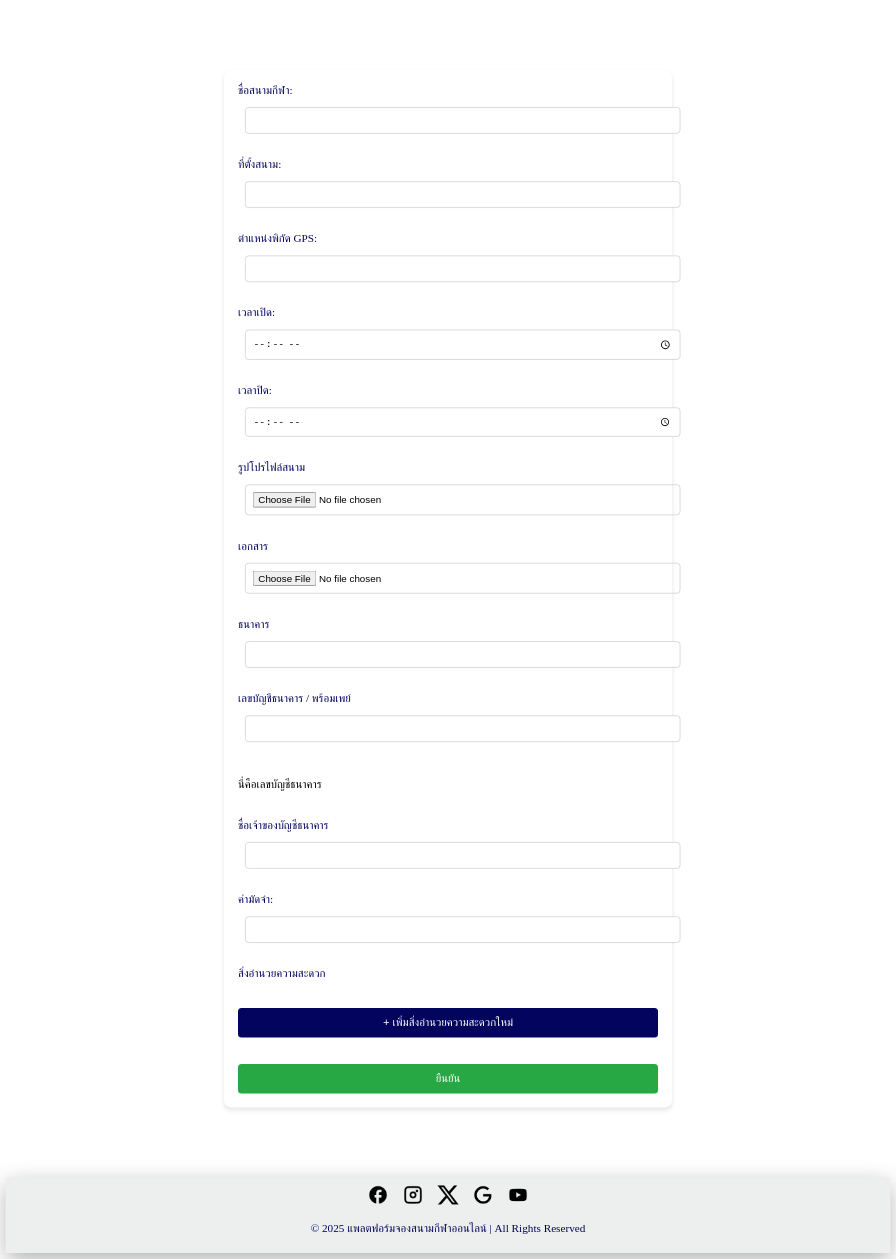
Repository: narawit101/project2
Page: /register-field (app in frontend/)
These files come from the project's save history. The page is drawn as it stood at one moment and after a run of saves; the edit follows.
The browser window is 1280 px wide. The pictures show the whole page, at 70% of full size.
The page's requests for data from a server got no answer. The project was rebuilt for these pictures with package versions that can differ from the ones it lists, and the page was loaded fresh each time. The framework's server and built-in components were replaced by stand-ins that run in the browser. No one was signed in, and anything a server would have sent is missing. Also part of the build but not shown: frontend/next.config.js, frontend/next.config.mjs, frontend/src/app/globals.css.

Above is the page before, as saved 2025-03-19 10:56:22.

### frontend/src/app/layout.jsx
import { Kanit } from "next/font/google";
import "./globals.css";
import  Footer from "./components/Footer"

const kanitFont = Kanit({
  variable: "--font-kanit",
  subsets: ["latin", "thai"],
  weight: ["300", "400", "600"],
});

export const metadata = {
  title: "แพลตฟอร์มจองสนามกีฬาออนไลน์",
  description: "Generated by create next app",
  icons: {
    icon:"./favicon.ico"
  }
};

export default function RootLayout({ children }) {
  return (
    <html lang="en">
      <body className={`${kanitFont.variable} antialiased`}>{children}
      <Footer></Footer>
      </body>

    </html>
  );
}

### frontend/src/app/(shared)/register-field/page.jsx
import React from "react";
import RegisterFieldForm from "@/app/components/RegisterFieldForm";

export default function RegisterFieldPage() {
  return (
    <>
    <RegisterFieldForm></RegisterFieldForm>

    </>
  );
}

### frontend/src/app/components/Footer.jsx
import React from "react";
import "../css/footer.css";

export default function Footer() {
  return (
    <div>
      <footer className="footer">
        <div className="social-icons">
          <a href="#">
            <img src="img/fblogo.png" alt="Facebook" />
          </a>
          <a href="#">
            <img src="img/iglogo.png" alt="Instagram" />
          </a>
          <a href="#">
            <img src="img/xlogo.png" alt="Twitter" />
          </a>
          <a href="#">
            <img src="img/gglogo.png" alt="Google" />
          </a>
          <a href="#">
            <img src="img/ytlogo.png" alt="YouTube" />
          </a>
        </div>

        <p className="copyright">
          &copy; 2025 แพลตฟอร์มจองสนามกีฬาออนไลน์ | All Rights Reserved
        </p>
      </footer>
    </div>
  );
}

### frontend/src/app/components/RegisterFieldForm.jsx
"use client";
import React, { useState, useEffect } from "react";
import "../css/registerFieldForm.css";

export default function RegisterFieldForm() {
  const API_URL = process.env.NEXT_PUBLIC_API_URL;

  const [sports, setSports] = useState([]);
  const [facilities, setFacilities] = useState([]);
  const [selectedFacilities, setSelectedFacilities] = useState({});
  const [subFields, setSubFields] = useState([]);
  const [addOns, setAddons] = useState([]);
  const [newFacility, setNewFacility] = useState("");
  const [showNewFacilityInput, setShowNewFacilityInput] = useState(false);

  const [fieldData, setFieldData] = useState({
    field_name: "",
    address: "",
    gps_location: "",
    documents: null,
    open_hours: "",
    close_hours: "",
    img_field: null,
    preview_img: null,
    number_bank: "",
    account_holder: "",
    price_deposit: "",
    name_bank: "",
    selectedSport: "",
  });

  //  โหลดประเภทกีฬา
  useEffect(() => {
    fetch(`${API_URL}/sports_types`)
      .then((res) => res.json())
      .then((data) => setSports(data))
      .catch((error) => console.error("Error fetching sports:", error));
  }, []);

  //  โหลดสิ่งอำนวยความสะดวก
  useEffect(() => {
    fetch(`${API_URL}/facilities`)
      .then((res) => res.json())
      .then((data) => setFacilities(data))
      .catch((error) => console.error("Error fetching facilities:", error));
  }, []);

  //  อัปเดตค่าช่องกรอกข้อมูลสนาม
  const handleFieldChange = (e) => {
    setFieldData({ ...fieldData, [e.target.name]: e.target.value });
  };

  //  ฟังก์ชันเลือก Checkbox สิ่งอำนวยความสะดวก
  const handleFacilityChange = (facId) => {
    setSelectedFacilities((prev) => {
      const updatedFacilities = { ...prev };
      if (updatedFacilities[facId] !== undefined) {
        delete updatedFacilities[facId];
      } else {
        updatedFacilities[facId] = "";
      }
      return updatedFacilities;
    });
  };

  //  ฟังก์ชันอัปเดตราคาสิ่งอำนวยความสะดวก
  const handleFacilityPriceChange = (facId, price) => {
    setSelectedFacilities((prev) => ({
      ...prev,
      [facId]: price,
    }));
  };

  //  ฟังก์ชันเพิ่มสิ่งอำนวยความสะดวกใหม่
  const addNewFacility = async () => {
    if (!newFacility.trim()) return;

    const res = await fetch(`${API_URL}/facilities/add`, {
      method: "POST",
      headers: { "Content-Type": "application/json" },
      body: JSON.stringify({ fac_name: newFacility }),
    });

    const data = await res.json();
    if (data.error) {
      console.error("Error:", data.error);
      return;
    }

    setFacilities([...facilities, data]);
    setNewFacility("");
    setShowNewFacilityInput(false);
  };

  //  เพิ่มสนามย่อย (มี addOns ในตัวเอง)
  const addSubField = () => {
    //  ดึง user_id จาก localStorage
    const storedUser = localStorage.getItem("user");
    const userData = storedUser ? JSON.parse(storedUser) : null;
    const userId = userData ? userData.user_id : null; // ดึง user_id

    setSubFields([
      ...subFields,
      { name: "", price: "", sport_id: "", user_id: userId, addOns: [] },
    ]);
  };

  //  ลบสนามย่อย (รวมถึง Add-ons ที่อยู่ภายใน)
  const removeSubField = (index) => {
    setSubFields(subFields.filter((_, i) => i !== index));
  };

  //  อัปเดตข้อมูลสนามย่อย
  const updateSubField = (index, key, value) => {
    const updatedSubFields = [...subFields];
    updatedSubFields[index][key] = value;
    setSubFields(updatedSubFields);
  };

  const addAddOn = (subIndex) => {
    const updatedSubFields = [...subFields];
    updatedSubFields[subIndex].addOns.push({ content: "", price: "" });
    setSubFields(updatedSubFields);
  };

  //  อัปเดตค่า Add-on
  const updateAddOn = (subIndex, addOnIndex, key, value) => {
    const updatedSubFields = [...subFields];
    updatedSubFields[subIndex].addOns[addOnIndex][key] = value;
    setSubFields(updatedSubFields);
  };

  // ลบ Add-on
  const removeAddOn = (subIndex, addOnIndex) => {
    const updatedSubFields = [...subFields];
    updatedSubFields[subIndex].addOns.splice(addOnIndex, 1);
    setSubFields(updatedSubFields);
  };

  // ฟังก์ชันจัดการอัปโหลดรูป และแสดงตัวอย่าง
  const handleimgChange = (e) => {
    const file = e.target.files[0]; // ดึงไฟล์รูปจาก input
    if (file) {
      setFieldData({
        ...fieldData,
        img_field: file,
        imgPreview: URL.createObjectURL(file), // สร้าง URL เพื่อแสดงรูป
      });
    }
  };

  const handleSubmit = async (e) => {
    e.preventDefault();

    const storedUser = localStorage.getItem("user");
    if (!storedUser) {
      alert(" กรุณาเข้าสู่ระบบก่อน!");
      return;
    }

    const userData = JSON.parse(storedUser);
    const userId = userData.user_id; //  ดึง user_id ตอน Submit

    const formData = new FormData();
    formData.append("documents", fieldData.documents);
    formData.append("img_field", fieldData.img_field); //  เพิ่มการส่งรูปภาพ
    formData.append(
      "data",
      JSON.stringify({
        user_id: userId,
        field_name: fieldData.field_name,
        address: fieldData.address,
        gps_location: fieldData.gps_location,
        open_hours: fieldData.open_hours,
        close_hours: fieldData.close_hours,
        number_bank: fieldData.number_bank,
        account_holder: fieldData.account_holder,
        price_deposit: fieldData.price_deposit,
        name_bank: fieldData.name_bank,
        status: fieldData.status || "รอตรวจสอบ", //  เพิ่มค่า Status
        selectedFacilities,
        subFields: subFields,
      })
    );

    try {
      const res = await fetch("http://localhost:5000/field/register", {
        method: "POST",
        body: formData,
      });

      const data = await res.json();
      if (data.error) {
        console.error(" Error:", data.error);
        alert("เกิดข้อผิดพลาด: " + data.error);
        return;
      }

      alert("ลงทะเบียนสนามเรียบร้อย!");
    } catch (error) {
      console.error(" Fetch Error:", error);
      alert("เกิดข้อผิดพลาดในการส่งข้อมูล");
    }
  };

  return (
    <div className="contianer">
      <form onSubmit={handleSubmit} encType="multipart/form-data">
        <div className="input-group">
          {" "}
          <label>ชื่อสนามกีฬา:</label>
          <input
            type="text"
            name="field_name"
            value={fieldData.field_name}
            onChange={handleFieldChange}
          />
        </div>
        <div className="input-group">
          <label>ที่ตั้งสนาม:</label>
          <input
            type="text"
            name="address"
            value={fieldData.address}
            onChange={handleFieldChange}
          />
        </div>
        <div className="input-group">
          <label>ตำแหน่งพิกัด GPS:</label>
          <input
            type="text"
            name="gps_location"
            value={fieldData.gps_location}
            onChange={handleFieldChange}
          />
        </div>
        <div className="input-group">
          <label>เวลาเปิด:</label>
          <input
            type="time"
            name="open_hours"
            value={fieldData.open_hours}
            onChange={handleFieldChange}
          />
        </div>
        <div className="input-group">
          <label>เวลาปิด:</label>
          <input
            type="time"
            name="close_hours"
            value={fieldData.close_hours}
            onChange={handleFieldChange}
          />
        </div>
        <div className="input-group">
          <label htmlFor="img_field">รูปโปรไฟล์สนาม</label>

          <input type="file" onChange={handleimgChange} accept="image/*" />
        </div>
        <div className="input-group">
          <label htmlFor="documents">เอกสาร</label>
          <input
            type="file"
            onChange={(e) =>
              setFieldData({ ...fieldData, documents: e.target.files[0] })
            }
          />
        </div>
        {/* ✅ แสดงรูปตัวอย่างถ้ามีการอัปโหลด */}
        {fieldData.imgPreview && (
          <div>
            <p>ตัวอย่างรูป:</p>
            <img
              src={fieldData.imgPreview}
              alt="Preview"
              style={{ width: "200px", height: "auto", marginTop: "10px" }}
            />
          </div>
        )}
        <div className="input-group">
          <label htmlFor="bank">ธนาคาร</label>
          <input
            type="text"
            name="name_bank"
            value={fieldData.name_bank}
            onChange={handleFieldChange}
          />
        </div>
        <div className="input-group">
          <label htmlFor="bank">เลขบัญชีธนาคาร / พร้อมเพย์</label>
          <input
            type="number"
            name="number_bank"
            value={fieldData.number_bank}
            onChange={(e) => {
              const value = e.target.value;

              // ✅ อนุญาตเฉพาะตัวเลข
              if (/^\d*$/.test(value)) {
                setFieldData({ ...fieldData, number_bank: value });
              }
            }}
            onBlur={() => {
              const isPromptPay = fieldData.name_bank === "พร้อมเพย์";
              const length = fieldData.number_bank.length;

              // ✅ ตรวจสอบความถูกต้องของเลขที่กรอก
              if (
                (!isPromptPay && length !== 12) || // ✅ ถ้าเป็นบัญชีธนาคารต้อง 13 หลัก
                (isPromptPay && length !== 10 && length !== 13) // ✅ ถ้าเป็นพร้อมเพย์ต้อง 10 หรือ 13 หลัก
              ) {
                alert("เลขที่กรอกไม่ถูกต้อง กรุณากรอกให้ตรงกับเงื่อนไข");
                setFieldData({ ...fieldData, number_bank: "" }); // ❌ เคลียร์ค่า
              }
            }}
            maxLength={13} // ✅ จำกัดสูงสุดที่ 13 หลัก
          />
        </div>
        <div className="input-group">
          <p>
            {" "}
            {fieldData.name_bank === "พร้อมเพย์"
              ? "นี่คือหมายเลขพร้อมเพย์"
              : "นี่คือเลขบัญชีธนาคาร"}
          </p>
        </div>
        <div className="input-group">
          <label htmlFor="bank">ชื่อเจ้าของบัญชีธนาคาร</label>
          <input
            type="text"
            name="account_holder"
            value={fieldData.account_holder}
            onChange={handleFieldChange}
          />
        </div>
        <div className="input-group">
          <label>ค่ามัดจำ:</label>
          <input
            type="number"
            name="price_deposit"
            value={fieldData.price_deposit}
            onChange={handleFieldChange}
          />
        </div>

        <div className="input-group">
          <label>สิ่งอำนวยความสะดวก</label>
        </div>
        {facilities.map((fac) => (
          <div key={fac.fac_id} className="facility-item">
            {/* Checkbox เลือกสิ่งอำนวยความสะดวก */}
            <div className="input-group-checkbox">
              <input
                type="checkbox"
                checked={selectedFacilities[fac.fac_id] !== undefined}
                onChange={() => handleFacilityChange(fac.fac_id)}
              />
              <label>{fac.fac_name}</label>
            </div>

            {/* ป้อนราคาเมื่อเลือกสิ่งอำนวยความสะดวก */}
            {selectedFacilities[fac.fac_id] !== undefined && (
              <div className="input-group-checkbox">
                <input
                  type="number"
                  placeholder="กำหนดราคา"
                  value={selectedFacilities[fac.fac_id]}
                  onChange={(e) =>
                    handleFacilityPriceChange(fac.fac_id, e.target.value)
                  }
                />
              </div>
            )}
          </div>
        ))}
        {!showNewFacilityInput ? (
          <button
            className="addfac"
            type="button"
            onClick={() => setShowNewFacilityInput(true)}
          >
            + เพิ่มสิ่งอำนวยความสะดวกใหม่
          </button>
        ) : (
          <div>
            <input
              type="text"
              placeholder="ชื่อสิ่งอำนวยความสะดวก"
              value={newFacility}
              onChange={(e) => setNewFacility(e.target.value)}
            />
            <button className="savebtn" type="button" onClick={addNewFacility}>
              บันทึก
            </button>
            <button
              className="canbtn"
              type="button"
              onClick={() => setShowNewFacilityInput(false)}
            >
              ยกเลิก
            </button>
          </div>
        )}

        <br />
        <button className="submitbtn" type="submit">
          ยืนยัน
        </button>
      </form>
    </div>
  );
}

### frontend/src/app/css/footer.css
:root {
  --text-color: #03045e;
}
.footer {
  background: #edefef;
  padding: 10px 0;
  text-align: center;
  color: var(--text-color);
  position: relative;
  box-shadow: 0px 10px 30px rgba(0, 0, 0, 0.3);
}

.social-icons {
  display: flex;
  justify-content: center;
  gap: 20px;
  margin-bottom: 20px;
}

.social-icons a img {
  width: 30px;
  height: 30px;
  transition: transform 0.3s ease-in-out;
}

.social-icons a:hover img {
  transform: scale(1.1);
  filter: brightness(1.2);
}

.copyright {
  font-size: 16px;
}

### frontend/src/app/css/registerFieldForm.css
:root {
  --text-color: #03045e;
}

.contianer {
  width: 100%;
  max-width: 600px;
  margin: 100px auto;
  padding: 20px;
  background: #ffffff;
  box-shadow: 0 4px 8px rgba(0, 0, 0, 0.1);
  border-radius: 10px;
  text-align: left;
}
form {
  display: flex;
  flex-direction: column;
}

.input-group {
  margin-bottom: 25px;
  text-align: left;
}

.facility-item {
  display: flex;
  flex-direction: column;
  margin-bottom: 15px;
}

.input-group-checkbox {
    display: flex;
    align-items: center;
    margin-bottom: 10px;
  }

.input-group-checkbox input[type="checkbox"] {
  margin-right: 10px;
  width: 20px;
  height: 20px;
  accent-color: #2980b9;
  cursor: pointer;
}

.input-group-checkbox input[type="checkbox"]:checked + label {
  color: #2980b9; /* เปลี่ยนสีข้อความเมื่อเลือก checkbox */
}

.input-group-checkbox label:hover {
  color: #3498db;
}

label {
  font-size: 16px;
  font-weight: 500;
  color: var(--text-color);
  display: block;
  margin-bottom: 5px;
}

input {
  margin: 10px;
  width: 100%;
  padding: 10px;
  border: 1px solid #ccc;
  border-radius: 5px;
  font-size: 14px;
  transition: 0.3s;
}

input:focus {
  border-color: var(--text-color);
  box-shadow: 0 0 5px rgba(3, 4, 94, 0.5);
  outline: none;
}
.addbtn {
  margin: 0px 0px 10px 0px;
}
.delbtn {
  margin: 0px 0px 10px 10px;
}
.delevn {
  margin: 0px 0px 10px 0px;
}
.addsubfield {
  margin: 10px 0px 20px 0px;
}
.addfac {
  margin: 10px 0px 20px 0px;
}
.savebtn {
  margin: 10px 0px 20px 0px;
}
.canbtn {
  margin: 10px 0px 20px 10px;
}
.submitbtn{
    background-color: #28a745;
}
.submitbtn:hover {
    background: #21cd49;
  }

button {
  background: var(--text-color);
  color: white;
  border: none;
  padding: 12px;
  font-size: 16px;
  cursor: pointer;
  border-radius: 5px;
  transition: 0.3s;
}

button:hover {
  background: #02226c;
}

### frontend/tailwind.config.mjs
/** @type {import('tailwindcss').Config} */
export default {
  content: [
    "./src/pages/**/*.{js,ts,jsx,tsx,mdx}",
    "./src/components/**/*.{js,ts,jsx,tsx,mdx}",
    "./src/app/**/*.{js,ts,jsx,tsx,mdx}",
  ],
  theme: {
    extend: {
      colors: {
        background: "var(--background)",
        foreground: "var(--foreground)",
      },
    },
  },
  plugins: [],
};

After the next 2 saves:
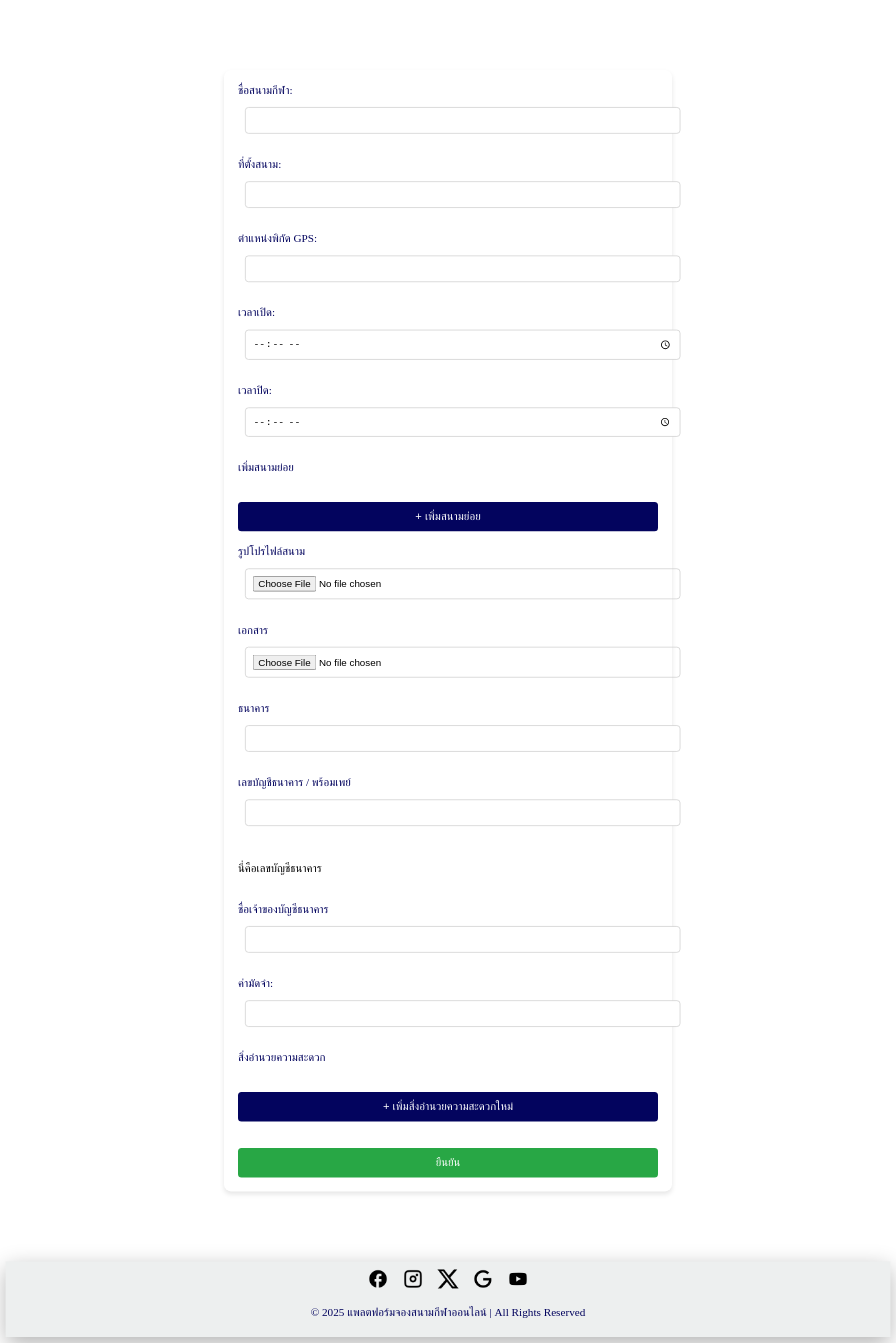
The 2 saves are shown as one change because they came seconds apart.
The last was saved 18 s later.
--- a/frontend/src/app/components/RegisterFieldForm.jsx
+++ b/frontend/src/app/components/RegisterFieldForm.jsx
@@ -252,6 +252,121 @@ export default function RegisterFieldForm() {
             onChange={handleFieldChange}
           />
         </div>
+        <div className="input-group">
+          <label>เพิ่มสนามย่อย</label>
+        </div>
+        {subFields.map((sub, subIndex) => (
+          <div key={subIndex}>
+            {/* ✅ Input กรอกชื่อสนามย่อย */}
+            <div className="input-group">
+              <input
+                type="text"
+                placeholder="ชื่อสนามย่อย"
+                value={sub.name}
+                onChange={(e) =>
+                  updateSubField(subIndex, "name", e.target.value)
+                }
+              />
+            </div>
+            {/* ✅ Input กรอกราคา */}
+            <div className="input-group">
+              <input
+                type="number"
+                placeholder="ราคา"
+                value={sub.price}
+                onChange={(e) =>
+                  updateSubField(subIndex, "price", e.target.value)
+                }
+              />
+            </div>
+
+            {/* ✅ Dropdown เลือกประเภทกีฬา */}
+            <div className="input-group">
+              <select
+                value={sub.sport_id}
+                onChange={(e) =>
+                  updateSubField(subIndex, "sport_id", e.target.value)
+                }
+              >
+                <option value="">เลือกประเภทกีฬา</option>
+                {sports.map((sport) => (
+                  <option key={sport.sport_id} value={sport.sport_id}>
+                    {sport.sport_name}
+                  </option>
+                ))}
+              </select>
+            </div>
+
+            {/* ✅ ปุ่มเพิ่มกิจกรรมเพิ่มเติม (เฉพาะสนามนี้) */}
+            <button
+              className="addbtn"
+              type="button"
+              onClick={() => addAddOn(subIndex)}
+            >
+              เพิ่มกิจกรรมเพิ่มเติม
+            </button>
+
+            {/* ✅ ปุ่มลบสนามย่อย */}
+            <button
+              className="delbtn"
+              type="button"
+              onClick={() => removeSubField(subIndex)}
+            >
+              ลบสนามย่อย
+            </button>
+
+            {/* ✅ แสดงรายการกิจกรรมเพิ่มเติมที่อยู่ในสนามนี้ */}
+            {sub.addOns.map((addon, addOnIndex) => (
+              <div
+                key={addOnIndex}
+                style={{ marginLeft: "20px", marginTop: "5px" }}
+              >
+                {/* ✅ Input กรอกชื่อกิจกรรม */}
+                <div className="input-group">
+                  <input
+                    type="text"
+                    placeholder="ชื่อกิจกรรม"
+                    value={addon.content}
+                    onChange={(e) =>
+                      updateAddOn(
+                        subIndex,
+                        addOnIndex,
+                        "content",
+                        e.target.value
+                      )
+                    }
+                  />
+                </div>
+                {/* ✅ Input กรอกราคา */}
+                <div className="input-group">
+                  <input
+                    type="number"
+                    placeholder="ราคา"
+                    value={addon.price}
+                    onChange={(e) =>
+                      updateAddOn(subIndex, addOnIndex, "price", e.target.value)
+                    }
+                  />
+                </div>
+
+                {/* ✅ ปุ่มลบกิจกรรมเพิ่มเติม */}
+                <button
+                  className="delevn"
+                  type="button"
+                  onClick={() => removeAddOn(subIndex, addOnIndex)}
+                >
+                  ลบกิจกรรมเพิ่มเติม
+                </button>
+              </div>
+            ))}
+          </div>
+        ))}
+
+        {/* ✅ ปุ่มเพิ่มสนามย่อย */}
+
+        <button className="addsubfield" type="button" onClick={addSubField}>
+          + เพิ่มสนามย่อย
+        </button>
         <div className="input-group">
           <label htmlFor="img_field">รูปโปรไฟล์สนาม</label>
 
